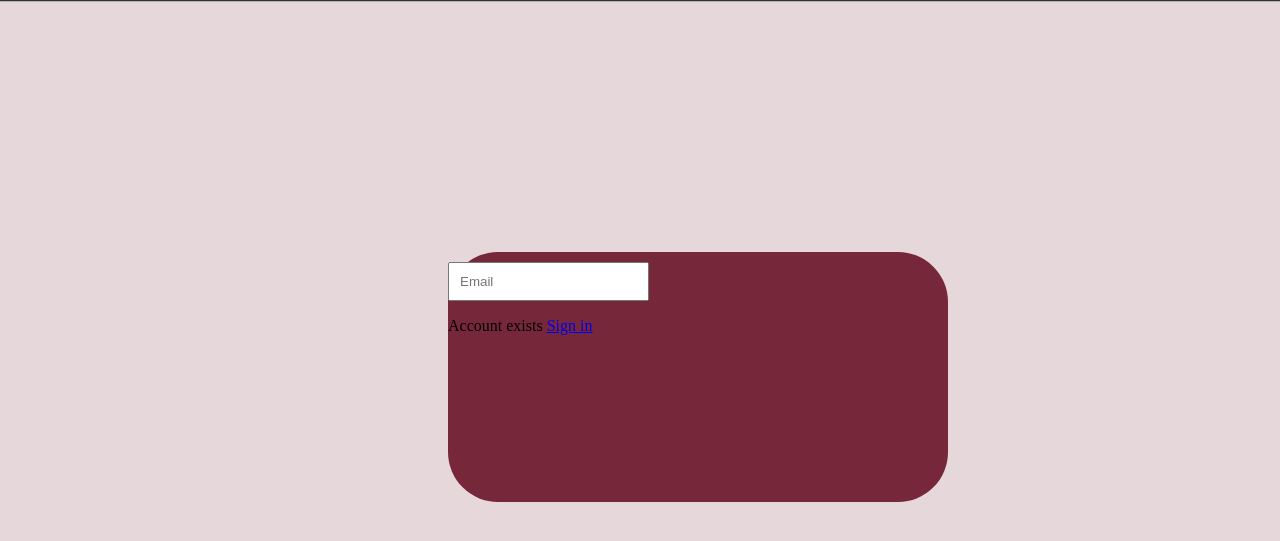
Repository: Kotya2001/FuzzyOps-App
Page: /register (app in frontend/my-app/)
These files come from the project's save history. The page is drawn as it stood at one moment and after a run of saves; the edit follows.
The browser window is 1280 px wide. The pictures show the whole page.
The project was rebuilt for these pictures with package versions that can differ from the ones it lists, and the page was loaded fresh each time. Also part of the build but not shown: frontend/my-app/src/pages/Item.js, frontend/my-app/src/pages/Base.js, frontend/my-app/src/pages/Login.js, frontend/my-app/src/pages/Resources.js.

Above is the page before, as saved 2022-09-18 17:43:11.

After the next 2 saves:
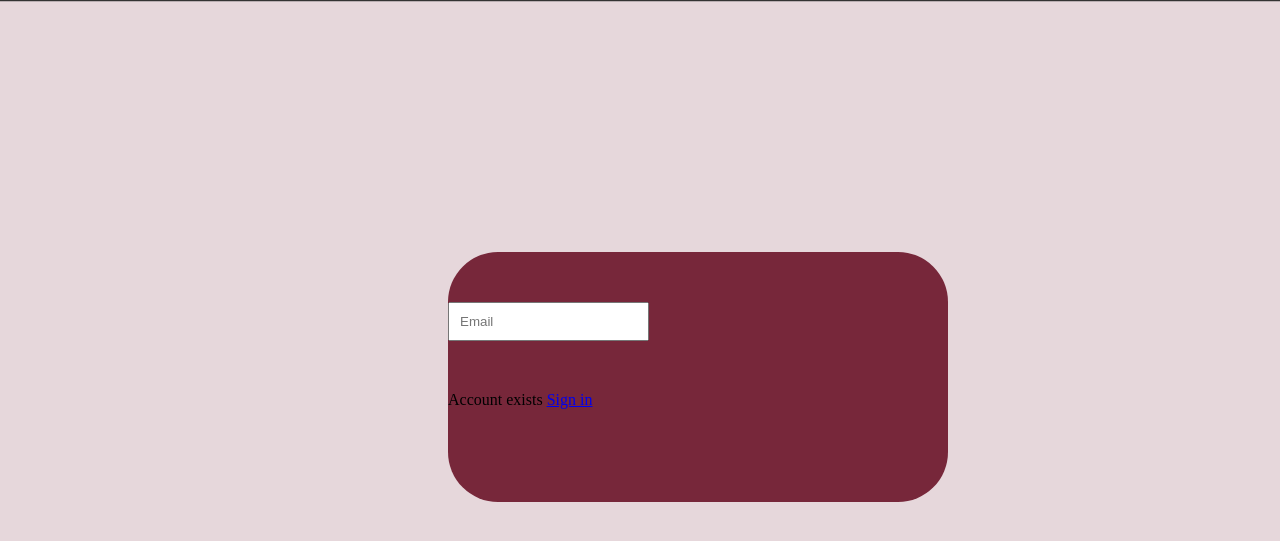
The 2 saves are shown as one change because they came seconds apart.
The last was saved 11 s later.
--- a/frontend/my-app/src/Styles.css
+++ b/frontend/my-app/src/Styles.css
@@ -110,7 +110,7 @@ body {
 input {
   display:block;
   /* width:100%; */
-  margin:10px 0;
+  margin:50px 0;
   padding:10px;
 }
 
